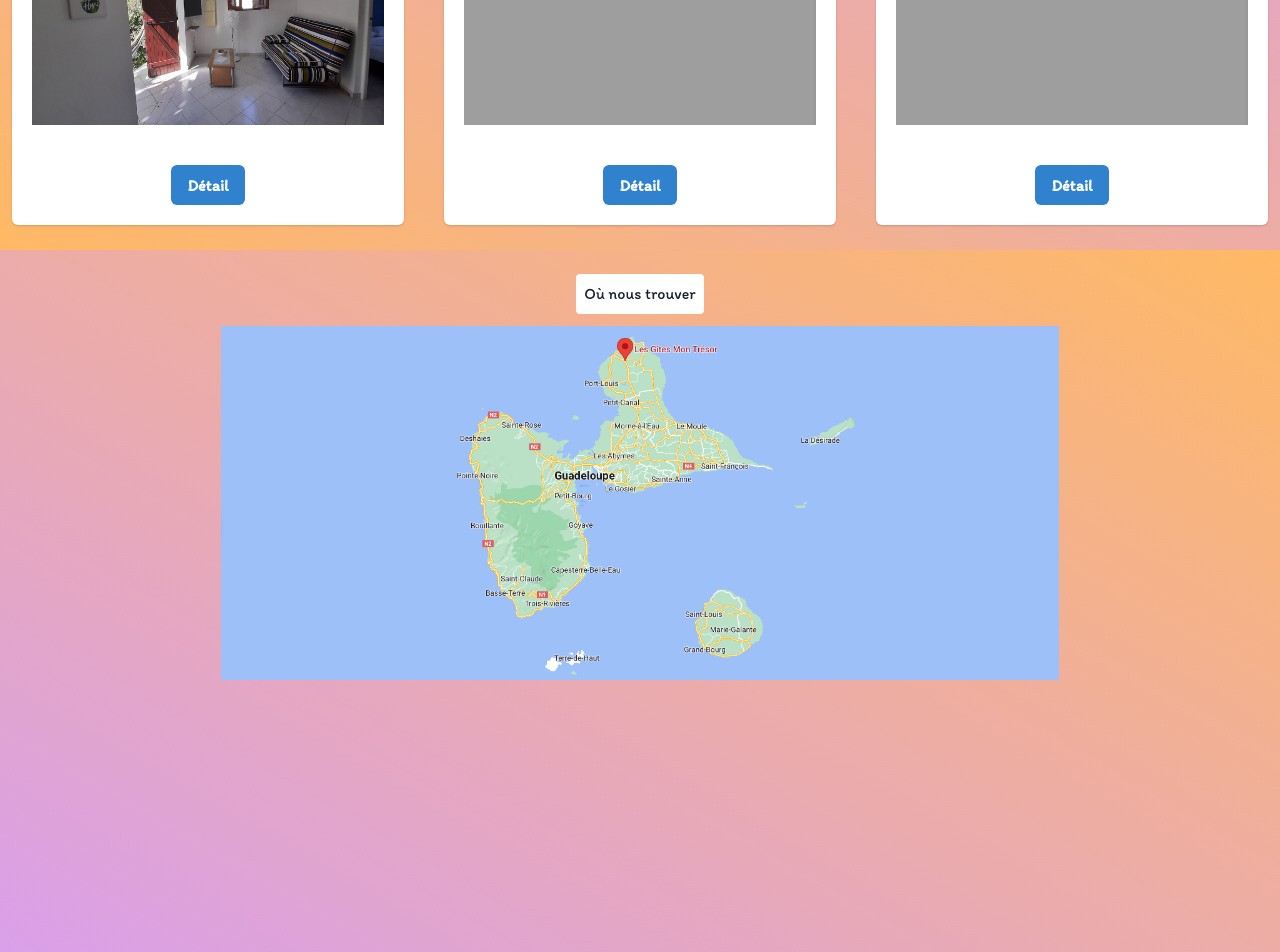
Repository: All-Khwarizmi/gites-v2
Page: /
The author's editor kept a copy of each file at every save. The page is drawn from the files as they stood at one save, then again after a run of saves.
The browser window is 1280 px wide. The pictures show the part of the page from y = 1190 to 2142 px (the page is 2160 px tall).
Pictures or frames that could not be fetched are drawn as grey boxes. The project was rebuilt for these pictures with package versions that can differ from the ones it lists, and the page was loaded fresh each time. The framework's server and built-in components were replaced by stand-ins that run in the browser. Also part of the build but not shown: next.config.js, next.config.mjs.

Above is the page before, as saved 2023-02-03 19:15:29.

After the next 2 saves:
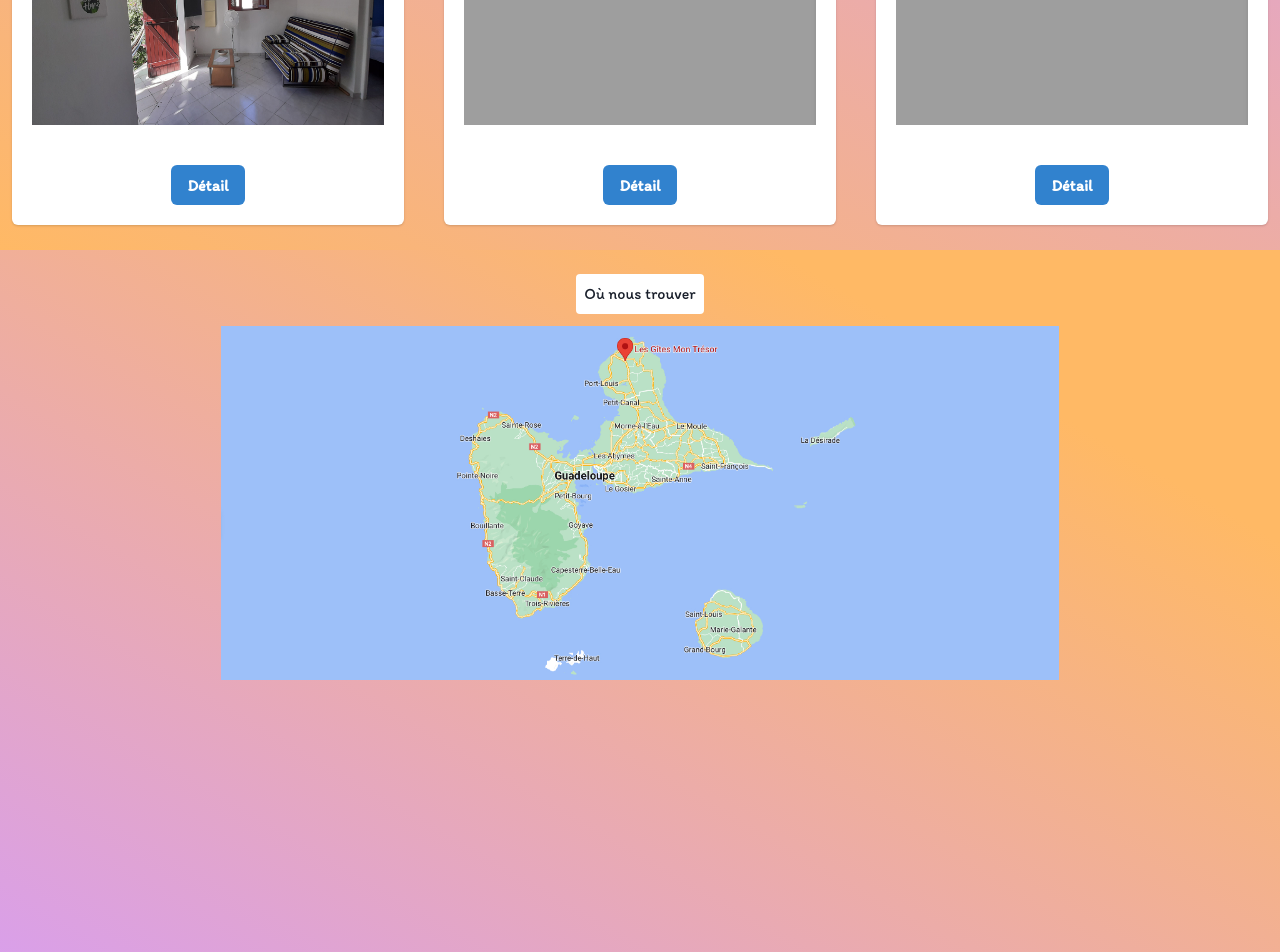
The 2 saves are shown as one change because they came seconds apart.
The last was saved 16 s later.
--- a/src/styles/globals.css
+++ b/src/styles/globals.css
@@ -45,7 +45,7 @@ body {
   background-image: linear-gradient(
     30deg,
    var(--colorTwo) 0%,
-    var(--colorOne) 100%
+    var(--colorOne) 80%
   );
   margin-top: 0;
   position: relative;
